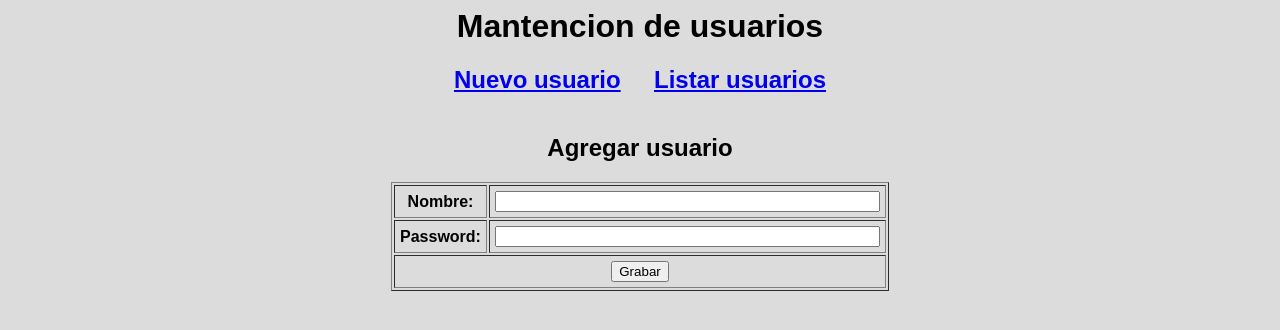
Repository: miguelalvarezcl/examen
Page: http://localhost/CtaCorriente/new
An editor plug-in stored every save of this project. The page is shown before and after the next save, followed by the edit.
The browser window is 1280 px wide. The pictures show the whole page.
The page is served by Tomcat 9.

Above is the page before, as saved 2021-11-12 22:48:33.

After the next save:
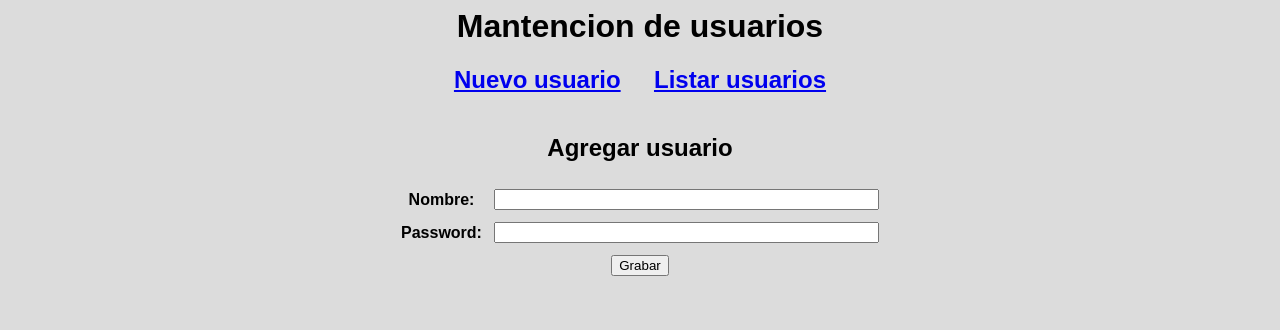
Saved 86 s later.
--- a/CtaCorriente/WebContent/FormularioUsuario.jsp
+++ b/CtaCorriente/WebContent/FormularioUsuario.jsp
@@ -23,7 +23,7 @@
         <c:if test="${usuariobd == null}">
             <form action="insert" method="post">
         </c:if>
-        <table border="1" cellpadding="5">
+        <table border="0" cellpadding="5">
             <caption>
                 <h2>
                     <c:if test="${usuariobd != null}">
